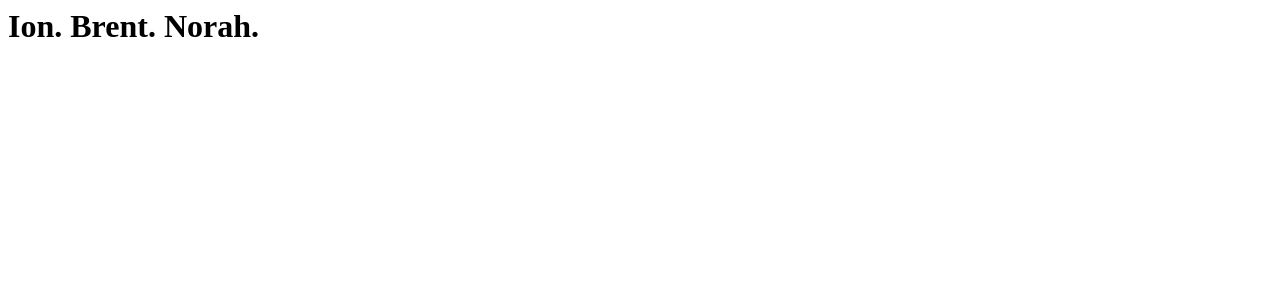
Repository: basha105/foundations
Page: index.html
These files come from the project's save history. The page is drawn as it stood at one moment and after the next save; the edit follows.
The browser window is 1280 px wide. The pictures show the whole page.

Above is the page before, as saved 2026-02-05 20:50:26.

After the next save:
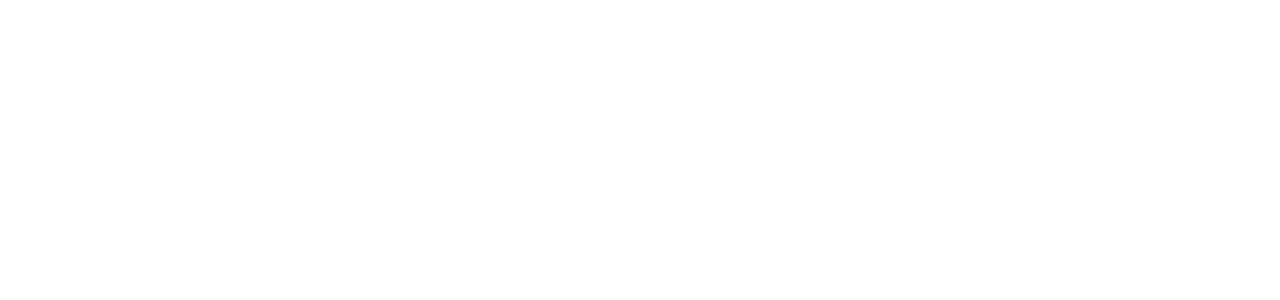
Console error (its wording comes from the project's code and is left out).
Saved 70 s later.
--- a/index.html
+++ b/index.html
@@ -16,7 +16,7 @@
             function HomePage() {
                 return (
                     <div>
-                        <Header/>
+                        <Header title="Siblings:/>
                     </div>
                 );
             }

After the save that followed:
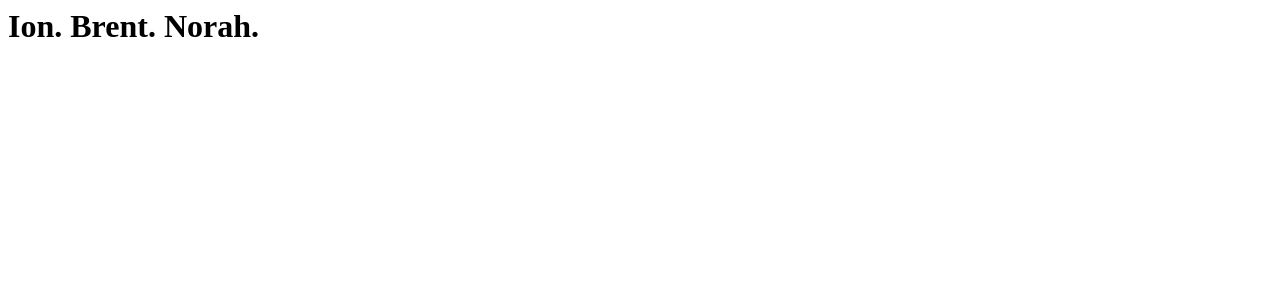
The error is gone.
Saved 4 s later.
--- a/index.html
+++ b/index.html
@@ -16,7 +16,7 @@
             function HomePage() {
                 return (
                     <div>
-                        <Header title="Siblings:/>
+                        <Header title="Siblings:"/>
                     </div>
                 );
             }
